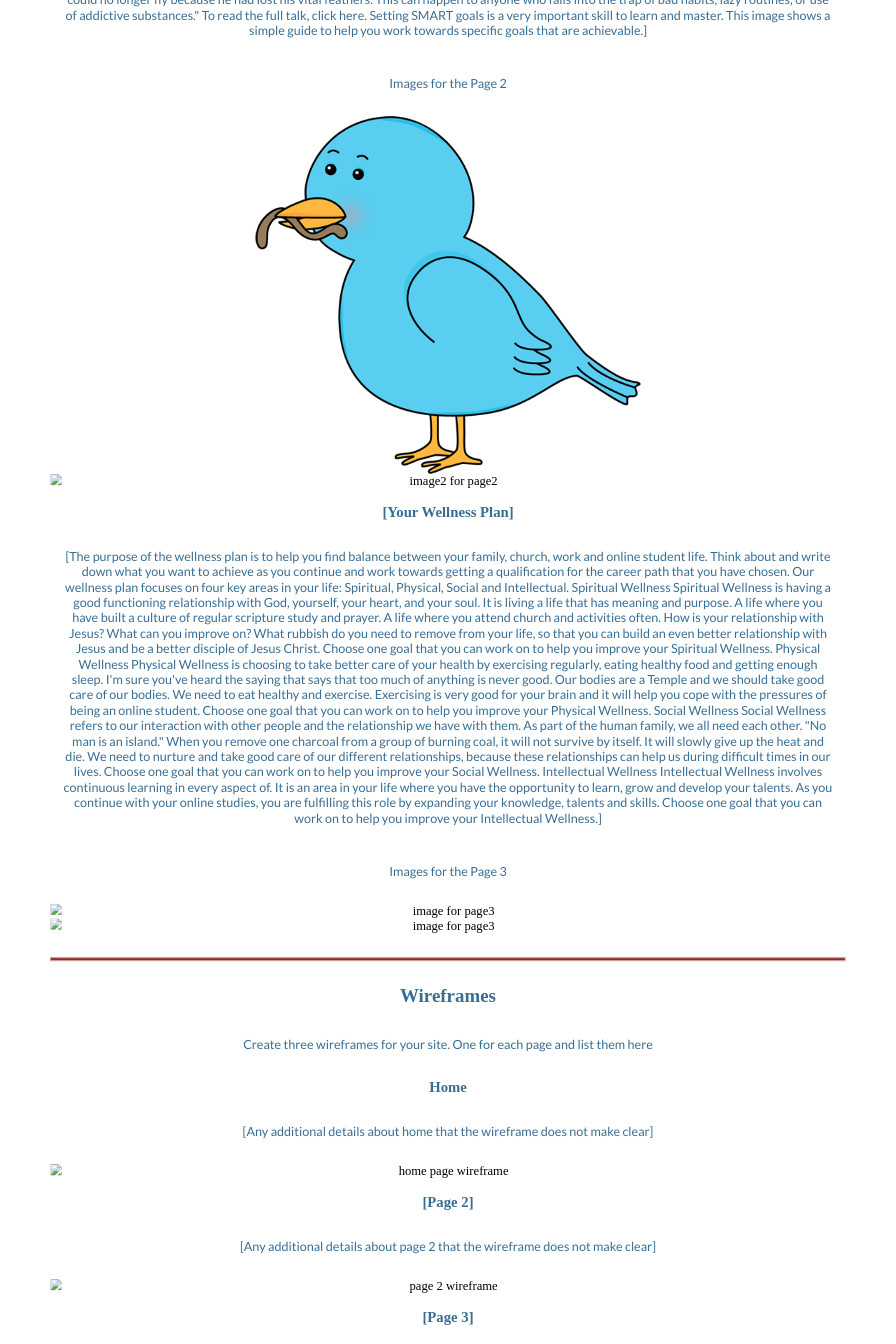
Repository: mszakutumela/wdd130
Page: wellness_plan/personal-site-plan.html
An editor plug-in stored every save of this project. The page is shown before and after a run of saves, followed by the edit.
The browser window is 1280 px wide. The pictures show the part of the page from y = 4580 to 6500 px (the page is 6664 px tall before and 7154 px after), at 70% of full size.
Some web fonts or font styles are not loaded; a fallback is used.

Above is the page before, as saved 2023-07-14 23:24:42.

After the next 2 saves:
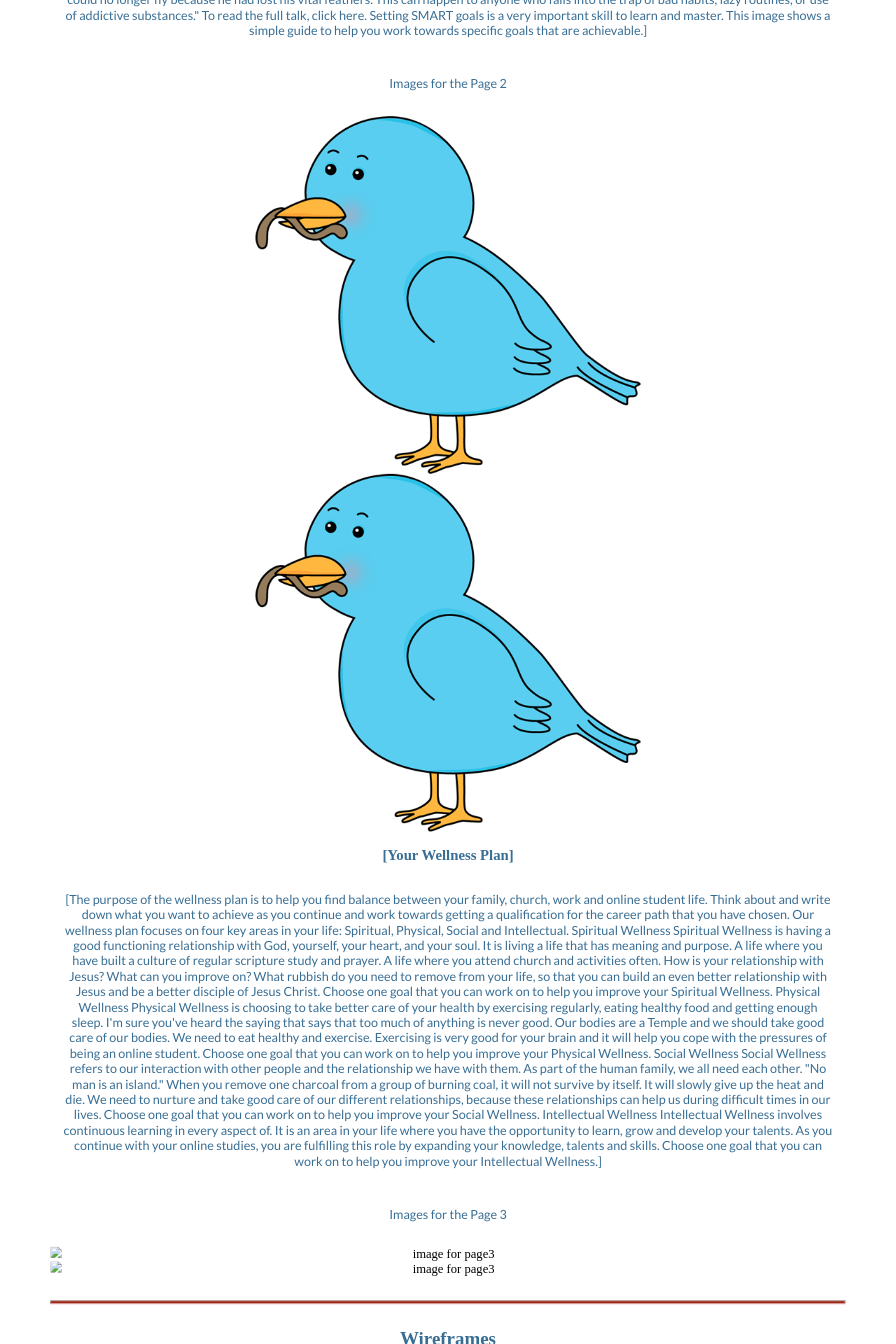
The 2 saves are shown as one change because they came seconds apart.
The last was saved 11 s later.
--- a/wellness_plan/personal-site-plan.html
+++ b/wellness_plan/personal-site-plan.html
@@ -169,7 +169,7 @@
       </p>
       <p>Images for the Page 2</p>
         <img src="images\page2 pic1.png" alt="image1 for page2">
-        <img src="#" alt="image2 for page2">
+        <img src="images\page2 pic1.png" alt="image2 for page2">
 
       </ul>
       <h3>[Your Wellness Plan]</h3>
